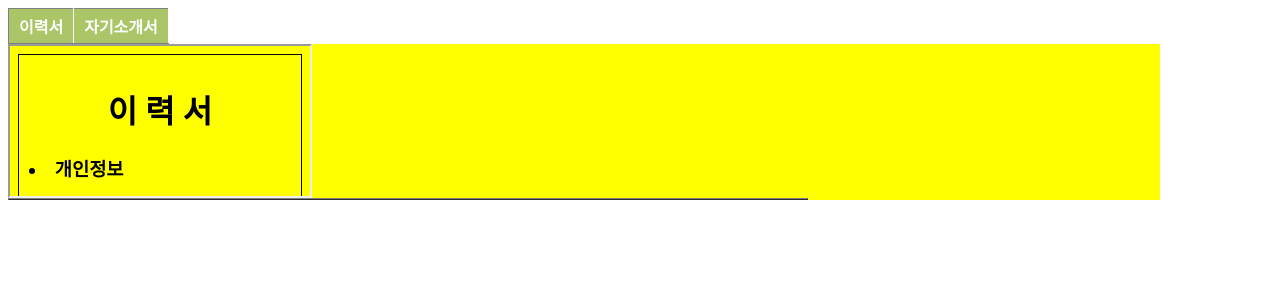
Repository: porivas/140630_Java
Page: http://localhost/web4_resume/totalLayout.jsp
These files come from the project's save history. The page is drawn as it stood at one moment and after a run of saves; the edit follows.
The browser window is 1280 px wide. The pictures show the whole page.
The page is served by Tomcat 9.

Above is the page before, as saved 2014-09-25 08:07:27.

### web4_resume/WebContent/totalLayout.jsp
<%@ page language="java" contentType="text/html; charset=UTF-8"
    pageEncoding="UTF-8"%>
<!DOCTYPE html PUBLIC "-//W3C//DTD HTML 4.01 Transitional//EN" "http://www.w3.org/TR/html4/loose.dtd">
<html>
<head>
<meta http-equiv="Content-Type" content="text/html; charset=UTF-8">
<title>Insert title here</title>
</head>
<body>
		<style type="text/css">
		  table.ex1 {
		     border-collapse: collapse;
		  }
		  .ex1 th, .ex1 td {padding:5px 10px}
			.ex1 caption {font-weight:700; font-size:20px; padding:5px; color:#1BA6B2; text-align:left; margin-bottom:5px}
			.ex1 thead th {background:#ABC668; color:#fff; text-align:center; border-right:1px solid #fff}
			.ex1 tbody th {text-align:left; width:12%}
			.ex1 tbody td.date1 {text-align:center; width:8%}
			.ex1 tbody td.desc {text-align:left; width:35%}
			.ex1 tbody tr.odd {background:#f9f9f9}
			.ex1 tbody tr.odd th {background:#f2f2f2}
			.ex1 tbody tr:hover {background:#F3F5BB}
			.ex1 tbody tr:hover th {background:#F2F684; color:#1BA6B2}
			.ex1 tfoot tr {border-top:6px solid #E9F7F6; color:#1BA6B2}
			.ex1 tfoot th {text-align:left; padding-left:10px}
		html {

		}
			.other, .parent {
			    border: 4px solid green;
			    margin: 5px;
			}
			.me {
			    background-color: yellow;
			    position: absolute;
			    width: 90%
			}
		</style>
		<div id="button">
		<table class="ex1" border="1" >
			<tr align = "left">
				<thead><th scope="col">이력서</th><th scope="col">자기소개서</th></thead>
			</tr>
		</table>
		</div>
		<div class ="me" id="story1">
		<table border="1" width=800	>
		<iframe src="resume.jsp">
			<tr align = "left">
				<td> 칼출칼퇴!
				<br> 수당추구
				<br> 정리해고
				</td>
			</tr>
		</table>
		</iframe>
		</div>
</body>
</html>

### web4_resume/WebContent/resume.jsp
<%@ page language="java" contentType="text/html; charset=UTF-8"
    pageEncoding="UTF-8"%>
<!DOCTYPE html PUBLIC "-//W3C//DTD HTML 4.01 Transitional//EN" "http://www.w3.org/TR/html4/loose.dtd">
<html>
<head>
<meta http-equiv="Content-Type" content="text/html; charset=UTF-8">
<title>이력서 타이틀 입니다.</title>
</head>
<body>
	<div id="background" style="border-top:1px solid; border-bottom:1px solid; border-left:1px solid; border-right:1px solid; padding:10px;">
	<center><h1>이 력 서</h1></center>
		<h3><li>개인정보</h3></li>
		<div id="firstparagraph">
		<type = text/css>
		<style type="text/css">
		  table {
		     border-collapse: collapse;
		  }
		</style>
		<table border="1" width=100%>
			<tr align = "left">
				<td> 이름 </td>	<td> 맹윤호 </td>	<td> 영문 </td>	<td> MAENG YUNHO </td>	<td rowspan=3 width=150 height=210  ><center><img src="images.jpg" width=150 height=210></center></td>
			</tr>
			<tr>
				<td> 생년월일 </td>	<td> 1988-01-30 </td>	<td> 성별 </td>	<td> 남자 </td>
			</tr>
			<tr>
				<td> 주소 </td>	<td> 을지로3가 솔로몬 타워 </td>	<td> 우편번호 </td>	<td> 122-130 </td>
			</tr>
			<tr>
				<td> 한자 </td> <td> 盟潤鎬  </td> <td  colspan=3> 기타 </td>
			</tr>
		</table>
		</div>
		<h3><li>학 력</h3></li>
		<div id="secondparagraph" >
		<style type="text/css">
		  table {
		     border-collapse: collapse;
		  }
		</style>
		<table border="1" width=100%>
			<tr align = "left">
				<td> 학교 </td>	<td> 기간 </td>	<td> 수료여부 </td>
			</tr>
			<tr>
				<td> 세종대학교 </td>	<td> 2007-02-15~ 2013-03-02 </td>	<td> 졸업 </td>
			</tr>
			<tr>
				<td> <br> </td>	<td>  </td>	<td>  </td>
			</tr>
		</table>
		</div>

		<h3><li>프로젝트 경력</h3></li>
		<div id="thirdparagraph" >
		<style type="text/css">
		  table {
		     border-collapse: collapse;
		  }
		</style>
		<table border="1" width=100%>
			<tr align = "left">
				<td> 이름 </td>	<td> 설명 </td>	<td> 기간 </td>
			</tr>
			<tr>
				<td> 비트컴퓨터 프로젝트 </td>	<td> 6개월간의 기간동안 팀프로젝트를 수행 </td>	<td> 2014-07~2014-12 </td>
			</tr>
			<tr>
				<td>  <br> </td>	<td>  </td>	<td>  </td>
			</tr>
		</div>

	</div>
</body>
</html>

After the next 2 saves:
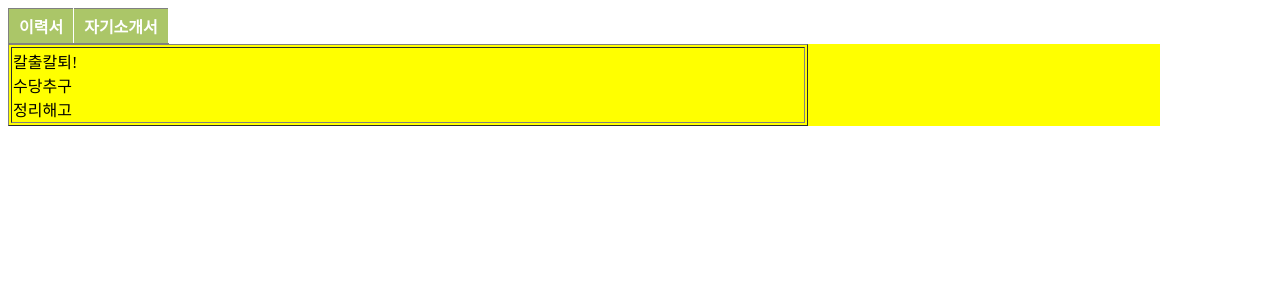
The 2 saves are shown as one change because they came seconds apart.
The last was saved 38 s later.
--- a/web4_resume/WebContent/totalLayout.jsp
+++ b/web4_resume/WebContent/totalLayout.jsp
@@ -43,9 +43,9 @@
 			</tr>
 		</table>
 		</div>
-		<div class ="me" id="story1">
+		<div class ="me" id="story1" src="resume.jsp">
 		<table border="1" width=800	>
-		<iframe src="resume.jsp">
+
 			<tr align = "left">
 				<td> 칼출칼퇴!
 				<br> 수당추구

After the 2 saves that followed:
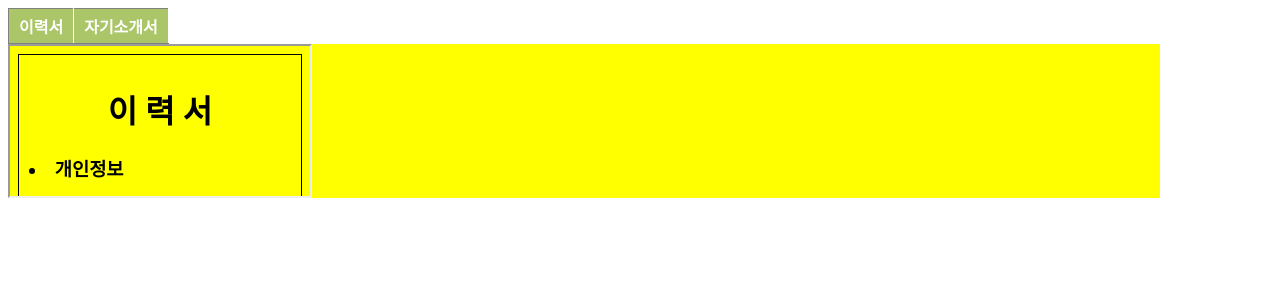
The 2 saves are shown as one change because 1 left the picture as it was.
The last was saved 32 s later.
--- a/web4_resume/WebContent/totalLayout.jsp
+++ b/web4_resume/WebContent/totalLayout.jsp
@@ -44,8 +44,8 @@
 		</table>
 		</div>
 		<div class ="me" id="story1" src="resume.jsp">
+				<iframe src="resume.jsp">
 		<table border="1" width=800	>
-
 			<tr align = "left">
 				<td> 칼출칼퇴!
 				<br> 수당추구
